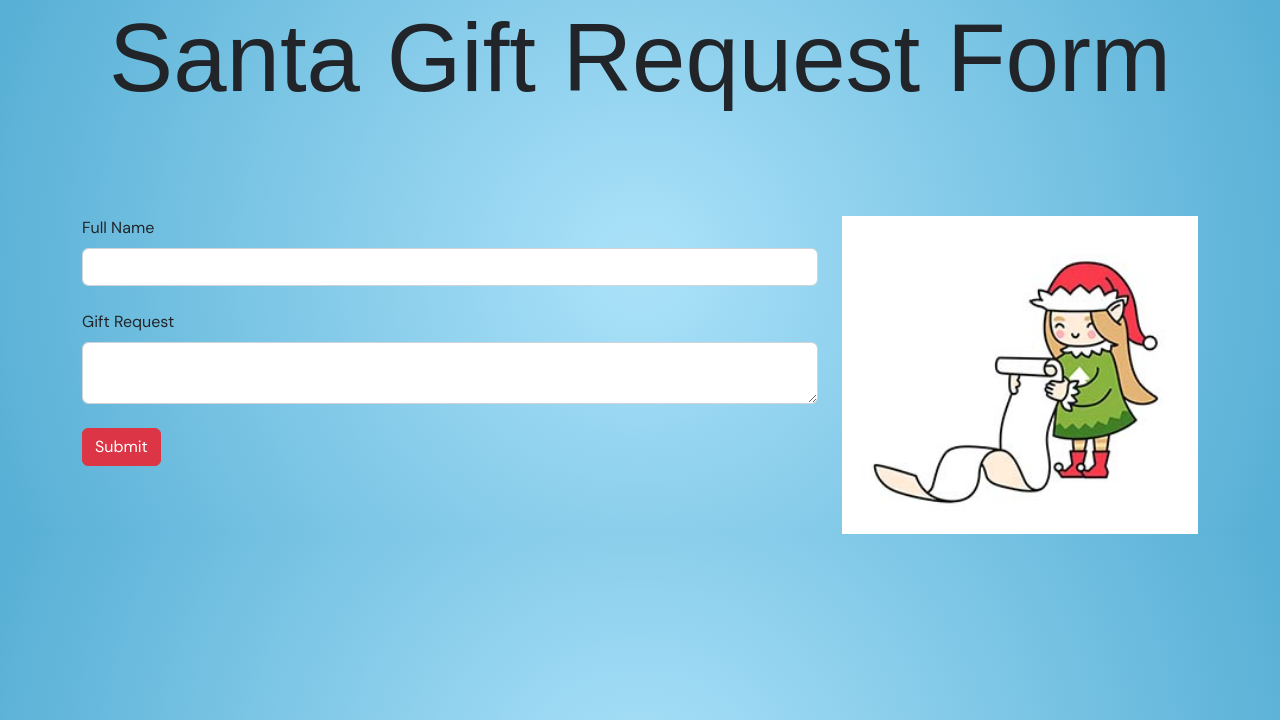
Repository: sarahlochhead/check-santas-list
Page: check-santas-list.html
An editor plug-in stored every save of this project. The page is shown before and after the next save, followed by the edit.
The browser window is 1280 px wide. The pictures show the whole page.
Some web fonts or font styles are not loaded; a fallback is used.

Above is the page before, as saved 2023-12-04 19:35:14.

After the next save:
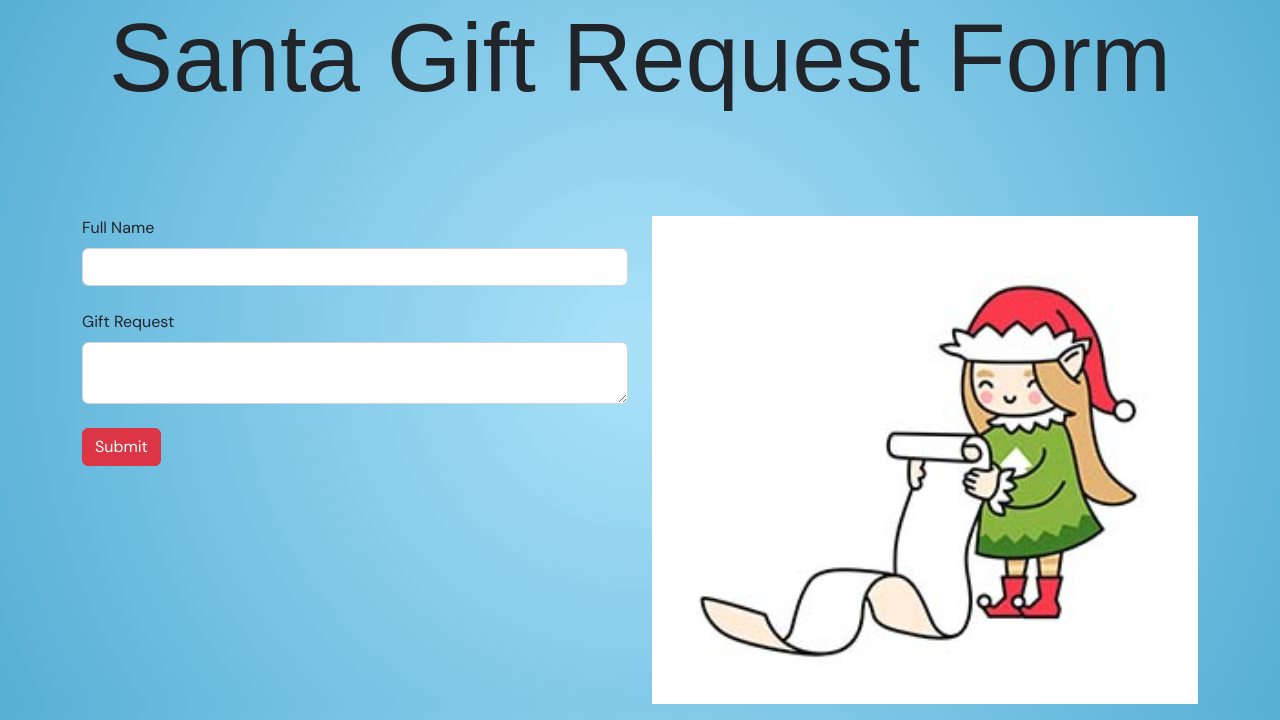
Saved 8 s later.
--- a/check-santas-list.html
+++ b/check-santas-list.html
@@ -32,7 +32,7 @@
                     <button type="submit" class="btn btn-danger">Submit</button>
                 </form>
 
-                <img class="col-4" src="./images/christmas-elf-with-list.jpg"
+                <img class="col" src="./images/christmas-elf-with-list.jpg"
                     alt="A cartoon Christmas elf smiles while reading a long scroll-like list.">
             </section>
 
